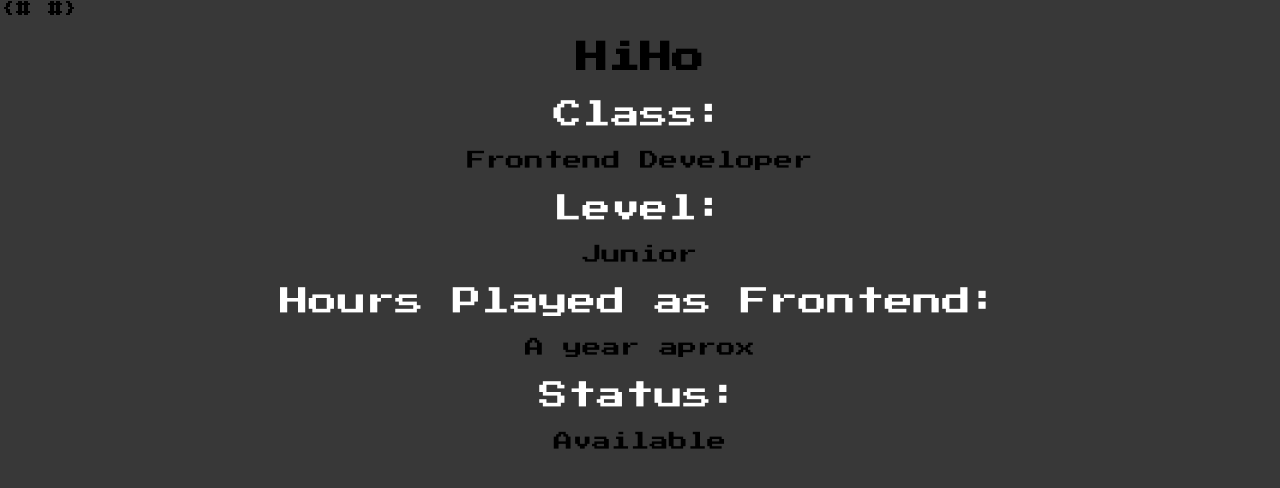
Repository: sernalab/soon
Page: index.html
The author's editor kept a copy of each file at every save. The page is drawn from the files as they stood at one save, then again after the next save.
The browser window is 1280 px wide. The pictures show the whole page.
Some web fonts or font styles are not loaded; a fallback is used.

Above is the page before, as saved 2018-12-24 00:33:11.

### index.html
<!DOCTYPE html>
<html lang="en">

<head>
    <meta charset="UTF-8">
    <meta name="viewport" content="width=device-width, initial-scale=1.0">
    <meta http-equiv="X-UA-Compatible" content="ie=edge">
    <title>Lulz</title>
    <link rel="stylesheet" href="css/styles.css"> {#
    <link href="https://fonts.googleapis.com/css?family=Aldrich" rel="stylesheet"> #}
    <link href="https://fonts.googleapis.com/css?family=Press+Start+2P" rel="stylesheet">

</head>

<body>
    <main>
        <h1>HiHo</h1>
        <span>Class:</span>
        <p> Frontend Developer</p>
        <span>Level:</span>
        <p>Junior</p>
        <span>Hours Played as Frontend:</span>
        <p>A year aprox</p>
        <span>Status:</span>
        <p>Available</p>
    </main>
</body>

<script>
    // google analitycs
</script>

</html>

### css/styles.css
/*! normalize.css v8.0.1 | MIT License | github.com/necolas/normalize.css */


/* Document
   ========================================================================== */


/**
 * 1. Correct the line height in all browsers.
 * 2. Prevent adjustments of font size after orientation changes in iOS.
 */

html {
    line-height: 1.15;
    /* 1 */
    -webkit-text-size-adjust: 100%;
    /* 2 */
}


/* Sections
   ========================================================================== */


/**
 * Remove the margin in all browsers.
 */

body {
    margin: 0;
}


/**
 * Render the `main` element consistently in IE.
 */

main {
    display: block;
}


/**
 * Correct the font size and margin on `h1` elements within `section` and
 * `article` contexts in Chrome, Firefox, and Safari.
 */

h1 {
    font-size: 2em;
    margin: 0.67em 0;
}


/* Grouping content
   ========================================================================== */


/**
 * 1. Add the correct box sizing in Firefox.
 * 2. Show the overflow in Edge and IE.
 */

hr {
    box-sizing: content-box;
    /* 1 */
    height: 0;
    /* 1 */
    overflow: visible;
    /* 2 */
}


/**
 * 1. Correct the inheritance and scaling of font size in all browsers.
 * 2. Correct the odd `em` font sizing in all browsers.
 */

pre {
    font-family: monospace, monospace;
    /* 1 */
    font-size: 1em;
    /* 2 */
}


/* Text-level semantics
   ========================================================================== */


/**
 * Remove the gray background on active links in IE 10.
 */

a {
    background-color: transparent;
}


/**
 * 1. Remove the bottom border in Chrome 57-
 * 2. Add the correct text decoration in Chrome, Edge, IE, Opera, and Safari.
 */

abbr[title] {
    border-bottom: none;
    /* 1 */
    text-decoration: underline;
    /* 2 */
    text-decoration: underline dotted;
    /* 2 */
}


/**
 * Add the correct font weight in Chrome, Edge, and Safari.
 */

b,
strong {
    font-weight: bolder;
}


/**
 * 1. Correct the inheritance and scaling of font size in all browsers.
 * 2. Correct the odd `em` font sizing in all browsers.
 */

code,
kbd,
samp {
    font-family: monospace, monospace;
    /* 1 */
    font-size: 1em;
    /* 2 */
}


/**
 * Add the correct font size in all browsers.
 */

small {
    font-size: 80%;
}


/**
 * Prevent `sub` and `sup` elements from affecting the line height in
 * all browsers.
 */

sub,
sup {
    font-size: 75%;
    line-height: 0;
    position: relative;
    vertical-align: baseline;
}

sub {
    bottom: -0.25em;
}

sup {
    top: -0.5em;
}


/* Embedded content
   ========================================================================== */


/**
 * Remove the border on images inside links in IE 10.
 */

img {
    border-style: none;
}


/* Forms
   ========================================================================== */


/**
 * 1. Change the font styles in all browsers.
 * 2. Remove the margin in Firefox and Safari.
 */

button,
input,
optgroup,
select,
textarea {
    font-family: inherit;
    /* 1 */
    font-size: 100%;
    /* 1 */
    line-height: 1.15;
    /* 1 */
    margin: 0;
    /* 2 */
}


/**
 * Show the overflow in IE.
 * 1. Show the overflow in Edge.
 */

button,
input {
    /* 1 */
    overflow: visible;
}


/**
 * Remove the inheritance of text transform in Edge, Firefox, and IE.
 * 1. Remove the inheritance of text transform in Firefox.
 */

button,
select {
    /* 1 */
    text-transform: none;
}


/**
 * Correct the inability to style clickable types in iOS and Safari.
 */

button,
[type="button"],
[type="reset"],
[type="submit"] {
    -webkit-appearance: button;
}


/**
 * Remove the inner border and padding in Firefox.
 */

button::-moz-focus-inner,
[type="button"]::-moz-focus-inner,
[type="reset"]::-moz-focus-inner,
[type="submit"]::-moz-focus-inner {
    border-style: none;
    padding: 0;
}


/**
 * Restore the focus styles unset by the previous rule.
 */

button:-moz-focusring,
[type="button"]:-moz-focusring,
[type="reset"]:-moz-focusring,
[type="submit"]:-moz-focusring {
    outline: 1px dotted ButtonText;
}


/**
 * Correct the padding in Firefox.
 */

fieldset {
    padding: 0.35em 0.75em 0.625em;
}


/**
 * 1. Correct the text wrapping in Edge and IE.
 * 2. Correct the color inheritance from `fieldset` elements in IE.
 * 3. Remove the padding so developers are not caught out when they zero out
 *    `fieldset` elements in all browsers.
 */

legend {
    box-sizing: border-box;
    /* 1 */
    color: inherit;
    /* 2 */
    display: table;
    /* 1 */
    max-width: 100%;
    /* 1 */
    padding: 0;
    /* 3 */
    white-space: normal;
    /* 1 */
}


/**
 * Add the correct vertical alignment in Chrome, Firefox, and Opera.
 */

progress {
    vertical-align: baseline;
}


/**
 * Remove the default vertical scrollbar in IE 10+.
 */

textarea {
    overflow: auto;
}


/**
 * 1. Add the correct box sizing in IE 10.
 * 2. Remove the padding in IE 10.
 */

[type="checkbox"],
[type="radio"] {
    box-sizing: border-box;
    /* 1 */
    padding: 0;
    /* 2 */
}


/**
 * Correct the cursor style of increment and decrement buttons in Chrome.
 */

[type="number"]::-webkit-inner-spin-button,
[type="number"]::-webkit-outer-spin-button {
    height: auto;
}


/**
 * 1. Correct the odd appearance in Chrome and Safari.
 * 2. Correct the outline style in Safari.
 */

[type="search"] {
    -webkit-appearance: textfield;
    /* 1 */
    outline-offset: -2px;
    /* 2 */
}


/**
 * Remove the inner padding in Chrome and Safari on macOS.
 */

[type="search"]::-webkit-search-decoration {
    -webkit-appearance: none;
}


/**
 * 1. Correct the inability to style clickable types in iOS and Safari.
 * 2. Change font properties to `inherit` in Safari.
 */

::-webkit-file-upload-button {
    -webkit-appearance: button;
    /* 1 */
    font: inherit;
    /* 2 */
}


/* Interactive
   ========================================================================== */


/*
 * Add the correct display in Edge, IE 10+, and Firefox.
 */

details {
    display: block;
}


/*
 * Add the correct display in all browsers.
 */

summary {
    display: list-item;
}


/* Misc
   ========================================================================== */


/**
 * Add the correct display in IE 10+.
 */

template {
    display: none;
}


/**
 * Add the correct display in IE 10.
 */

[hidden] {
    display: none;
}


/* custom css */

body {
    background-color: #252525e8;
    /* font-family: 'Aldrich', sans-serif; */
    font-family: 'Press Start 2P';
}

main {
    display: flex;
    flex-direction: column;
    justify-content: baseline;
    align-items: center;
}

span {
    color: white;
    font-size: 1.8em;
}

p {
    font-size: 1.2em
}

After the next save:
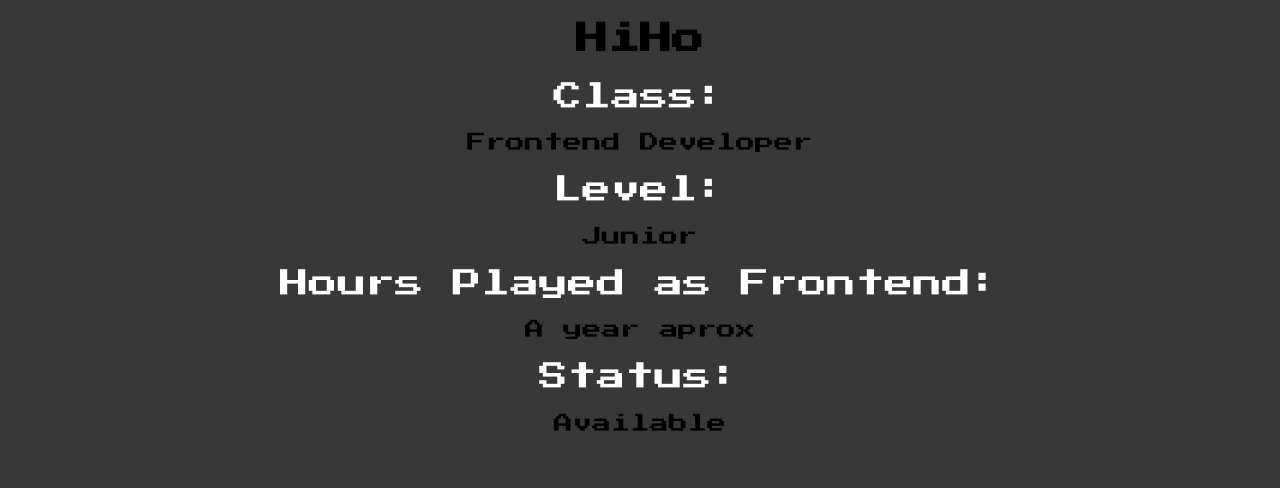
Saved 2 min 21 s later.
--- a/index.html
+++ b/index.html
@@ -6,8 +6,8 @@
     <meta name="viewport" content="width=device-width, initial-scale=1.0">
     <meta http-equiv="X-UA-Compatible" content="ie=edge">
     <title>Lulz</title>
-    <link rel="stylesheet" href="css/styles.css"> {#
-    <link href="https://fonts.googleapis.com/css?family=Aldrich" rel="stylesheet"> #}
+    <link rel="stylesheet" href="css/styles.css">
+    <link href="https://fonts.googleapis.com/css?family=Aldrich" rel="stylesheet">
     <link href="https://fonts.googleapis.com/css?family=Press+Start+2P" rel="stylesheet">
 
 </head>
